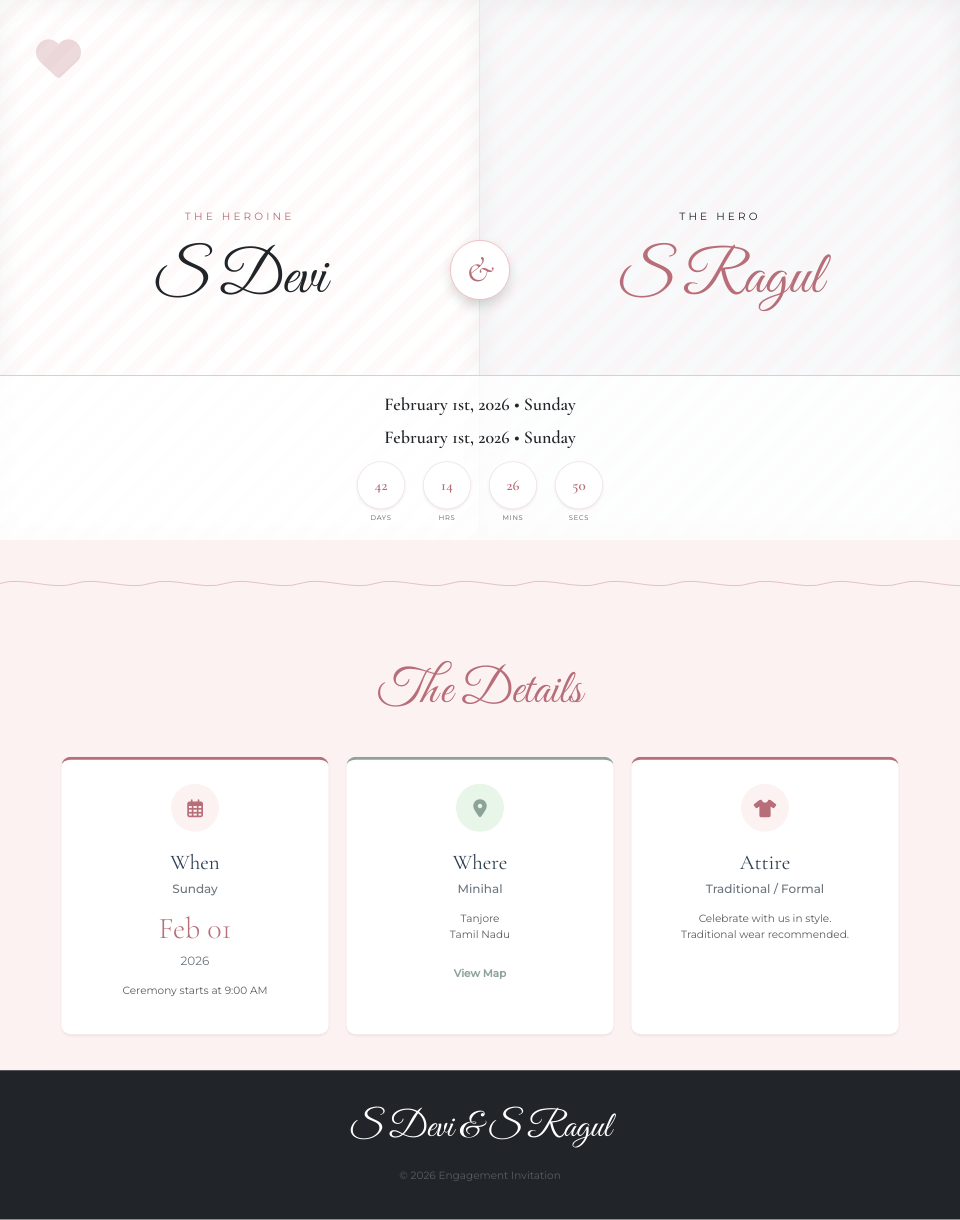
Repository: Eswar2585/Invitation
Page: index.html
The author's editor kept a copy of each file at every save. The page is drawn from the files as they stood at one save, then again after a run of saves.
The browser window is 1280 px wide. The pictures show the whole page, at 75% of full size.

Above is the page before, as saved 2025-12-20 22:59:01.

After the next 2 saves:
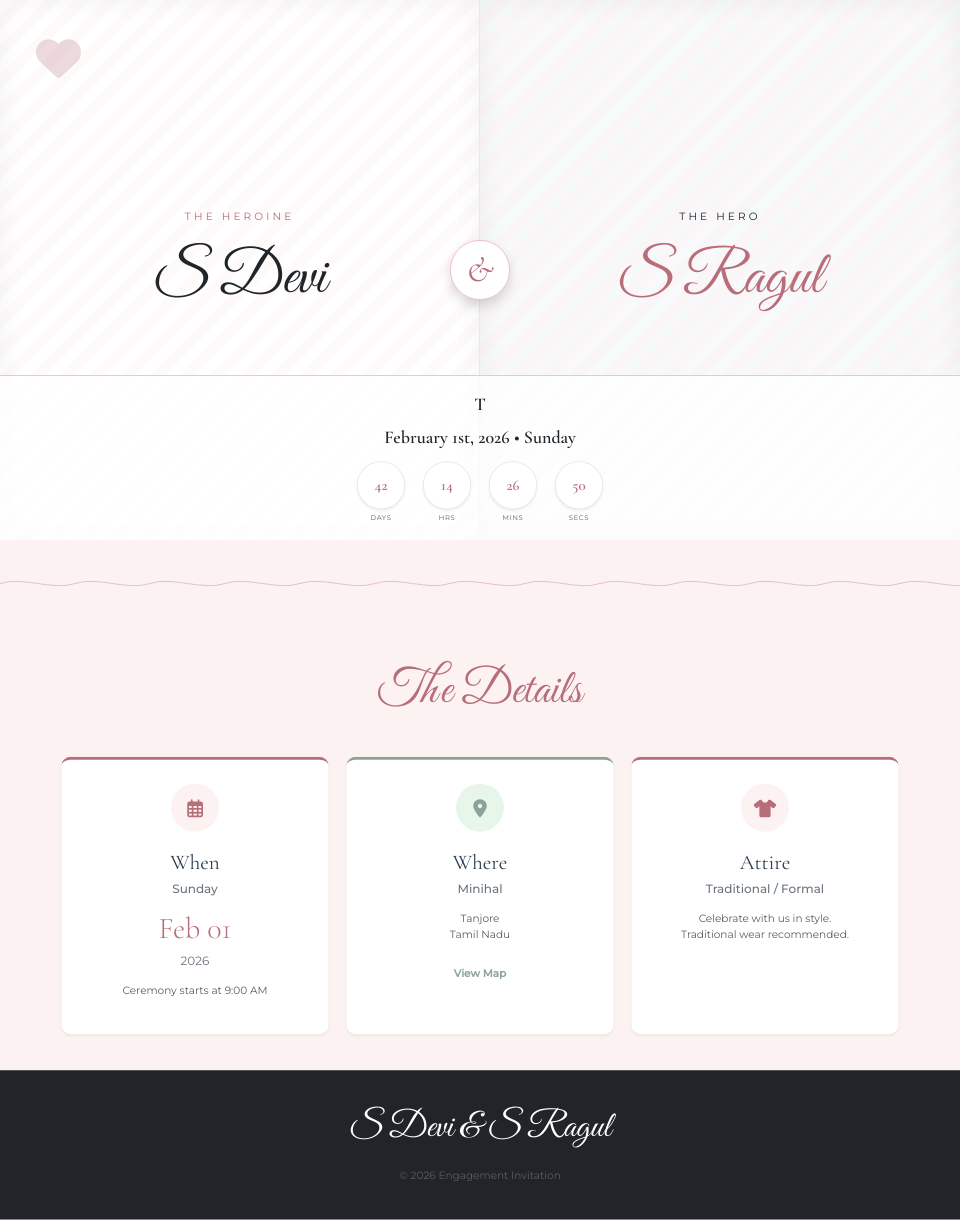
The 2 saves are shown as one change because they came seconds apart.
The last was saved 6 s later.
--- a/index.html
+++ b/index.html
@@ -87,7 +87,7 @@
                 <!-- Bottom Countdown Overlay -->
                 <div class="position-absolute bottom-0 start-0 w-100 z-3 bg-white bg-opacity-75 border-top border-danger-subtle py-4 backdrop-blur">
                     <div class="container text-center">
-                                                <p class="font-serif h4 text-dark fw-bold mb-3">February 1st, 2026 &bull; Sunday</p>
+                                                <p class="font-serif h4 text-dark fw-bold mb-3">T</p>
                         <p class="font-serif h4 text-dark fw-bold mb-3">February 1st, 2026 &bull; Sunday</p>
                         <div class="d-flex justify-content-center gap-3 gap-md-4" id="countdownContainer">
                             <!-- Countdown items injected by JS -->
